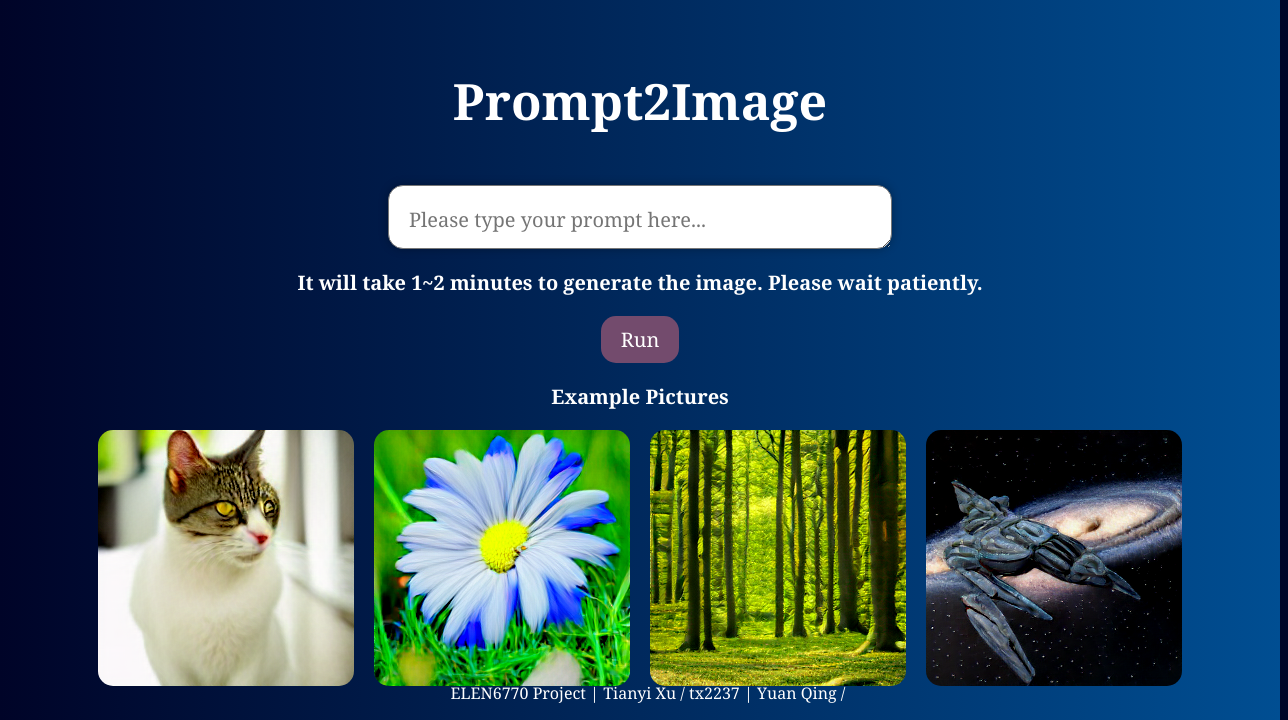
Repository: XTTTZ/Prompt2Image
Page: main4.html
The author's editor kept a copy of each file at every save. The page is drawn from the files as they stood at one save, then again after the next save.
The browser window is 1280 px wide. The page is 1288 px wide, so the pictures cover 1288 px, including what lies to the right of the window. The pictures show the whole page.
The page's requests for data from a server got no answer.

Above is the page before, as saved 2023-12-01 02:16:53.

### main4.html
<!DOCTYPE html>
<html lang="en">

<head>
    <meta charset="UTF-8">
    <meta name="viewport" content="width=device-width, initial-scale=1.0">
    <title>Prompt2Image</title>
    <style>
        .center-label {
            text-align: center;
        }

        body {
            font-family: Georgia, serif;
            background: linear-gradient(to right, #000428, #004e92);
            /* 使图片覆盖整个背景 */
            color: #fff
        }

        header {
            background-color: rgba(0, 0, 0, 0);
            color: #fff;
            text-align: center;
            padding: 1em;
            font-family: Georgia, serif;
            font-size: 25px;
        }

        h1 {
            margin-bottom: 0.5em;
        }

        form {
            display: flex;
            /* 设置为Flex容器 */
            flex-direction: column;
            /* 子元素垂直堆叠 */
            align-items: center;
            /* 垂直居中 */
            justify-content: center;
            /* 水平居中，如果需要 */
            height: 100%;
            /* 根据需要设置高度 */
            font-size: 20px;
        }

        label {
            font-weight: bold;
            text-align: center;
            font-size: 20px;
        }

        textarea {
            padding-left: 1em;
            padding-top: 1em;
            width: 24em;
            height: 2em;
            text-align: left;
            vertical-align: top;
            font-size: 20px;
            border-radius: 15px;
            box-shadow: 0 0 10px rgba(0, 0, 0, 0.3);
            font-family: Georgia, serif;

        }

        button {
            padding: 0.5em 1em;
            background-color: #734b6d;
            color: #fff;
            border: none;
            cursor: pointer;
            border-radius: 15px;
            font-size: 20px;
            font-family: Georgia, serif;
        }

        button:hover {
            background-color: #555;
        }

        img {
            border-radius: 15px;
        }

        #generatedImages {
            border-radius: 15px;
            text-align: center;
            margin: 1em;
            padding: 1em;
            background-color: #ffffff00;
        }
    </style>
</head>

<body>
    <header>
        <h1>Prompt2Image</h1>
    </header>

    <form id="bodyForm">
        <textarea placeholder="Please type your prompt here..." type="text" id="searchInput"
            name="searchInput"></textarea>
        <label>
            <p>It will take 1~2 minutes to generate the image. Please wait patiently.</p>
        </label>
        <button type="button" onclick="performSearch()">Run</button>
        <label id="timeValue"></label>
        <!-- Display generated images -->
    </form>
    <label id="examplePic">
        <p>Example Pictures
        </p>
    </label>
    <form id="exampleForm" style="flex-direction:row;gap:20px">
        <img src="/static/cute cat.png" title="cute cat">
        <img src="/static/flower on grass.png" title="flower on grass">
        <img src="/static/forest.png" title="forest">
        <img src="/static/spaceship in galaxy.png" title="spaceship in galaxy">
    </form>
    <form id="displayform">
        <div style="display:none" id="generatedImages"></div>
        <button id="downloadButton" onclick="downloadImages()" style="display:none">Download Images</button>
    </form>
    <footer style="position:absolute; bottom:0; text-align: center;width:100%">
        <p>ELEN6770 Project | Tianyi Xu / tx2237 | Yuan Qing / </p>
    </footer>

    <script>
        var server_addr = '34.67.111.69';
        var ip_addr;
        var second = 0;
        var clock;
        fetch('http://' + server_addr + '/ip', {
            method: 'GET',
            headers: {
                'Content-Type': 'application/x-www-form-urlencoded',
            },
        })
            .then(response => { return response.json() })
            .then(data => {
                ip_addr = data.ip_addr;
                console.log('ip_addr');
            }
            );
        function startTimer() {
            clearInterval(clock);
            clock = setInterval(timer, 1000);
            second = 0;
            timeValue.style.display = 'block';
            document.getElementById('timeValue').innerText = 'Run Time: ' + second + 's';
        }

        function timer() {
            second++;
            document.getElementById('timeValue').innerText = 'Run Time: ' + second + 's';
        }

        function stopTimer() {
            clearInterval(clock);
            clock = null;
            console.log('timerstop');
            document.getElementById('timeValue').innerText = 'Run Time: ' + second + 's';
        }

        function performSearch() {
            var searchInput = document.getElementById('searchInput').value;
            if (searchInput == '') {
                document.getElementById('timeValue').innerText = 'Please type your prompt!';
            }
            else {

                document.getElementById('exampleForm').style.display = 'none';
                document.getElementById('generatedImages').style.display = 'none';
                document.getElementById('downloadButton').style.display = 'none';
                fetch('http://' + server_addr + ':5000/search', {
                    method: 'POST',
                    headers: {
                        'Content-Type': 'application/x-www-form-urlencoded',
                    },
                    body: 'text=' + encodeURIComponent(searchInput)
                })
                    .then(response => {
                        return response.json();
                    })
                    .then(data => { checkStatusPic() });
                startTimer();
            }
        }

        function checkStatusPic() {
            stopTimer();
            var generatedImagesContainer = document.getElementById('generatedImages');
            var downloadButton = document.getElementById('downloadButton');

            // Clear previous content
            generatedImagesContainer.innerHTML = '';

            // Append image elements dynamically
            var img = document.createElement('img');
            img.src = 'http://' + server_addr + '/image/' + ip_addr + '/0?time=' + new Date().getTime();
            generatedImagesContainer.appendChild(img);
            // Display the container and download button
            generatedImagesContainer.style.display = 'block';
            downloadButton.style.display = 'block';
        }

        function downloadImages() {
            // Create a link element for each image and trigger download
            var url = 'http://' + server_addr + '/image/' + ip_addr + '/0?time=' + new Date().getTime();
            var downloadLink = document.createElement('a');
            downloadLink.href = url;
            // 指定下载的文件名，您可以根据需要更改它
            downloadLink.download = 'image.png';
            // 将 <a> 元素添加到文档中并点击它
            document.body.appendChild(downloadLink);
            downloadLink.click();
            // 清理并移除 <a> 元素
            document.body.removeChild(downloadLink);
        }
    </script>
</body>

</html>

After the next save:
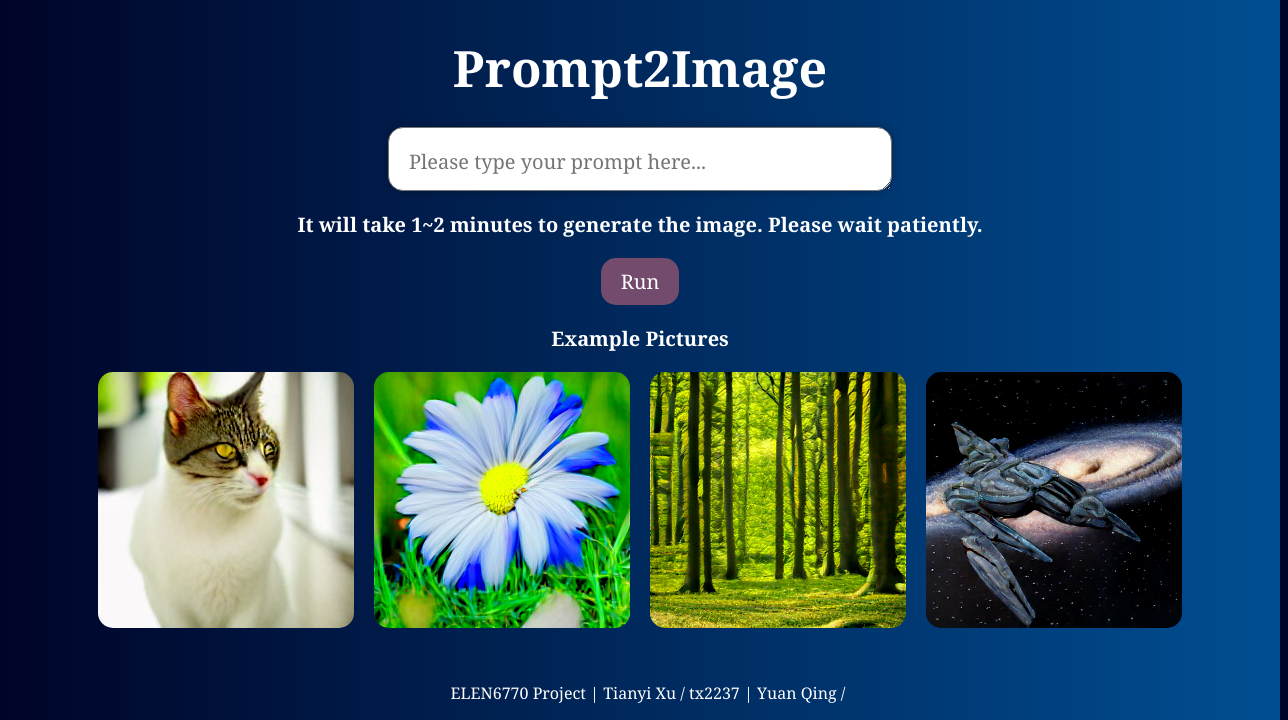
Saved 90 s later.
--- a/main4.html
+++ b/main4.html
@@ -21,7 +21,6 @@
             background-color: rgba(0, 0, 0, 0);
             color: #fff;
             text-align: center;
-            padding: 1em;
             font-family: Georgia, serif;
             font-size: 25px;
         }

After the save that followed:
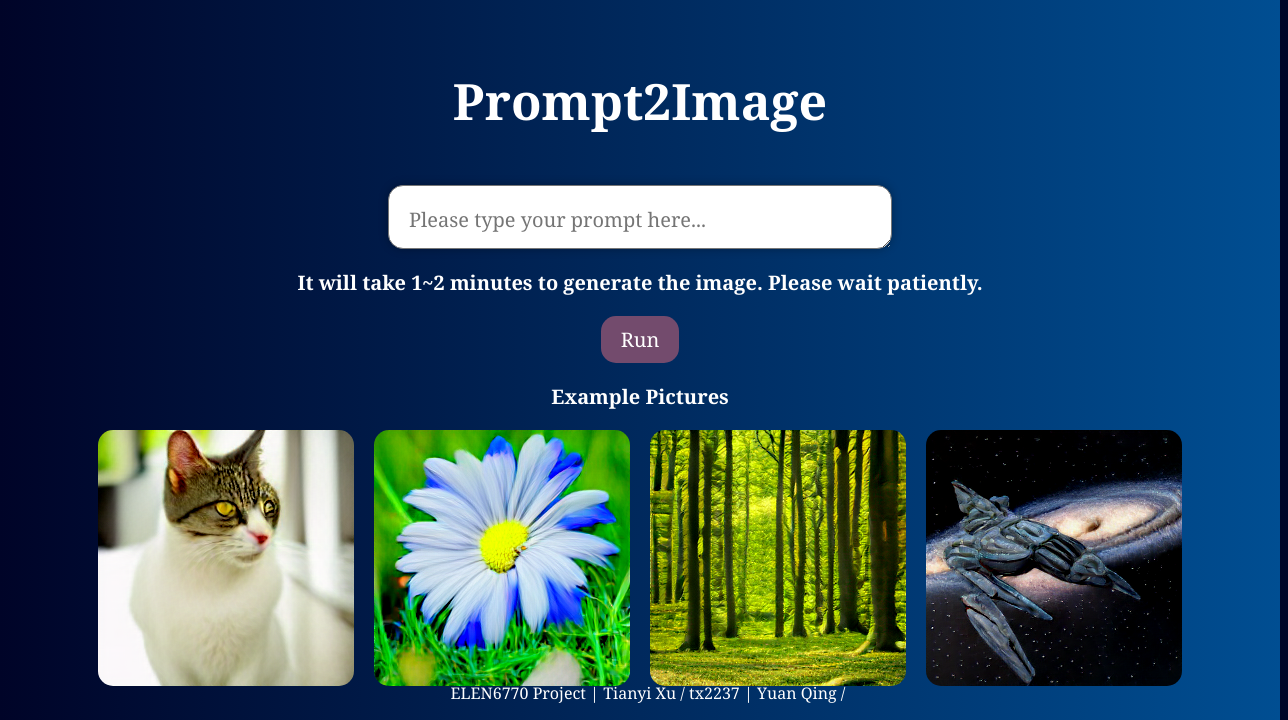
Saved 8 s later.
--- a/main4.html
+++ b/main4.html
@@ -21,6 +21,7 @@
             background-color: rgba(0, 0, 0, 0);
             color: #fff;
             text-align: center;
+            padding: 1em;
             font-family: Georgia, serif;
             font-size: 25px;
         }
